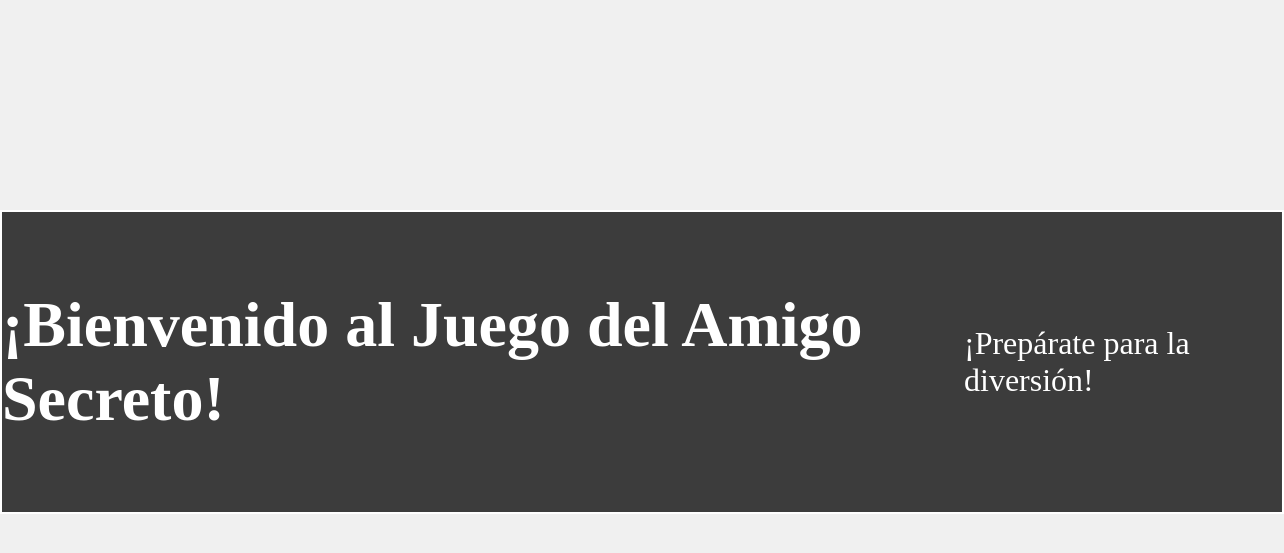
Repository: ye909/secreto
Page: inicio.html
These files come from the project's save history. The page is drawn as it stood at one moment and after the next save; the edit follows.
The browser window is 1280 px wide. The page is 1284 px wide, so the pictures cover 1284 px, including what lies to the right of the window. The pictures show the whole page.

Above is the page before, as saved 2025-02-20 21:10:36.

### inicio.html
<!DOCTYPE html>
<html>
<head>
<title>Amigo Secreto 3D</title>
<link rel="stylesheet" href="inicio.css">
</head>
<body>
  <div class="scene">
    <div class="cube">
      <div class="face front">
        <h1>¡Bienvenido al Juego del Amigo Secreto!</h1>
        <p>¡Prepárate para la diversión!</p>
      </div>
      <div class="face back"></div>
      <div class="face right"></div>
      <div class="face left"></div>
      <div class="face top"></div>
      <div class="face bottom"></div>
    </div>
  </div>
  <script src="inicio.js"></script>
</body>
</html>

### inicio.css
body {
    perspective: 800px; /* Crea el espacio 3D */
    background-color: #f0f0f0;
    display: flex;
    justify-content: center;
    align-items: center;
    height: 100vh;
    margin: 0;
  }

  .scene {
    width: 100%;
    height: 300px;
    position: relative;
  }

  .cube {
    width: 100%;
    height: 100%;
    position: absolute;
    transform-style: preserve-3d; /* Importante para el 3D */
    transition: transform 1s ease-in-out; /* Para animaciones */
  }

  .face {
    position: absolute;
    width: 100%;
    height: 100%;
    display: flex;
    justify-content: center;
    align-items: center;
    font-size: 2em;
    background-color: rgba(0, 0, 0, 0.5); /* Color de fondo */
    color: white;
    border: 2px solid white;
  }

  /* Posiciona cada cara del cubo */
  .front  { transform: translateZ(150px); }
  .back   { transform: rotateY(180deg) translateZ(150px); }
  .right  { transform: rotateY(90deg) translateZ(150px); }
  .left   { transform: rotateY(-90deg) translateZ(150px); }
  .top    { transform: rotateX(90deg) translateZ(150px); }
  .bottom { transform: rotateX(-90deg) translateZ(150px); }

  /* Ejemplo de animación al pasar el mouse */
  .scene:hover .cube {
    transform: rotateY(360deg);
  }

Loaded but not shown: inicio.js (no stored copy; drawn as an empty file)

After the next save:
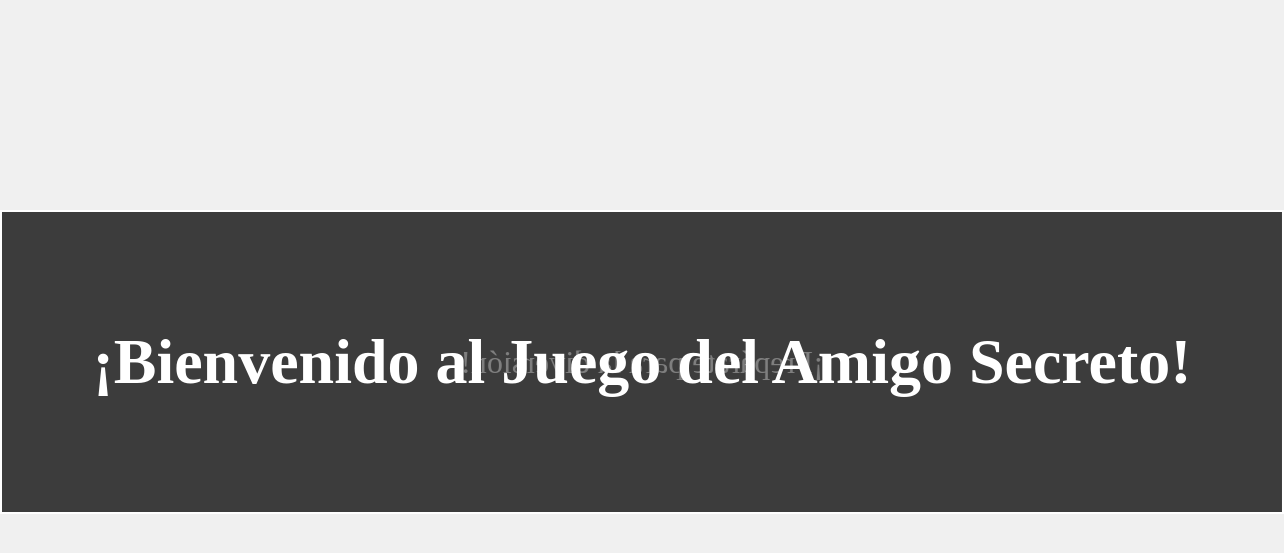
Saved 4 min 26 s later.
--- a/inicio.html
+++ b/inicio.html
@@ -5,19 +5,20 @@
 <link rel="stylesheet" href="inicio.css">
 </head>
 <body>
-  <div class="scene">
-    <div class="cube">
-      <div class="face front">
-        <h1>¡Bienvenido al Juego del Amigo Secreto!</h1>
-        <p>¡Prepárate para la diversión!</p>
+    <div class="scene">
+        <div class="cube">
+          <div class="face front">
+            <h1>¡Bienvenido al Juego del Amigo Secreto!</h1>
+          </div>
+          <div class="face back">
+            <p>¡Prepárate para la diversión!</p>
+          </div>
+          <div class="face right"></div>
+          <div class="face left"></div>
+          <div class="face top"></div>
+          <div class="face bottom"></div>
+        </div>
       </div>
-      <div class="face back"></div>
-      <div class="face right"></div>
-      <div class="face left"></div>
-      <div class="face top"></div>
-      <div class="face bottom"></div>
-    </div>
-  </div>
   <script src="inicio.js"></script>
 </body>
 </html>
